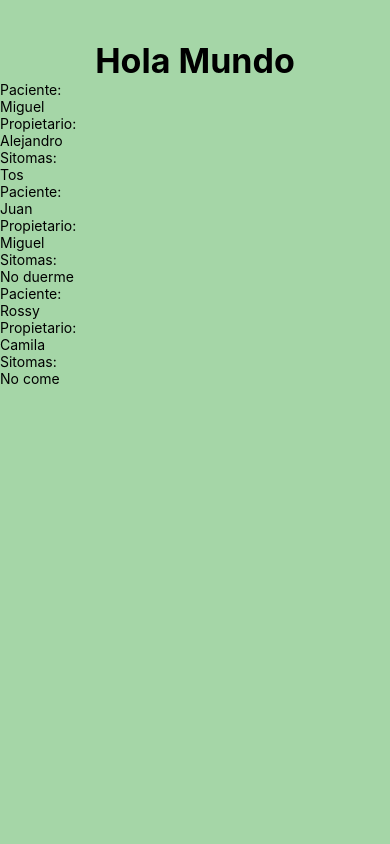
Repository: AleMicky/citas
Screen: /
The author's editor kept a copy of each file at every save. The screen is drawn from the files as they stood at one save, then again after the next save.
The app was drawn by React Native's web renderer in a window 390 px wide. The project was rebuilt for these pictures with package versions that can differ from the ones it lists, and the page was loaded fresh each time.

Above is the screen before, as saved 2020-06-27 00:22:29.

### App.js
import React from 'react'
import { View, Text, StyleSheet, FlatList } from 'react-native'
import Cita from './src/components/Cita';

export default function App() {

  const [citas, setCitas] = React.useState([
      { id:'1', paciente:'Miguel', propietario:'Alejandro', sitomas: 'Tos' },
      { id:'2', paciente:'Juan', propietario:'Miguel', sitomas: 'No duerme' },
      { id:'3', paciente:'Rossy', propietario:'Camila', sitomas: 'No come' }
  ]);

  return (
    <View style={styles.contenedor}>
        <Text style={styles.titulo}>Hola Mundo</Text>
        <FlatList data = {citas}
                  renderItem = {({item}) => (<Cita item = {item}/>)}
                  keyExtractor = {citas => citas.id}
          />
    </View>
  )
}

const styles = StyleSheet.create({
  contenedor:{
    flex:1,
    backgroundColor:'#a5d6a7'
  },
  titulo:{
    marginTop:40,
    fontSize: 34,
    fontWeight:'bold',
    textAlign:'center'
  }
})

### src/components/Cita.js
import React from 'react';
import { Text, StyleSheet, View } from 'react-native';

const Cita = ({ item }) => {

    const { paciente, propietario, sitomas } = item;
    return (
        <View>
            <View>
                <Text>Paciente: </Text>
                <Text>{paciente}</Text>
            </View>
            <View>
                <Text>Propietario: </Text>
                <Text>{propietario}</Text>
            </View>
            <View>
                <Text>Sitomas: </Text>
                <Text>{sitomas}</Text>
            </View>
        </View>
    );
}
const styles = StyleSheet.create({

})
export default Cita;

After the next save:
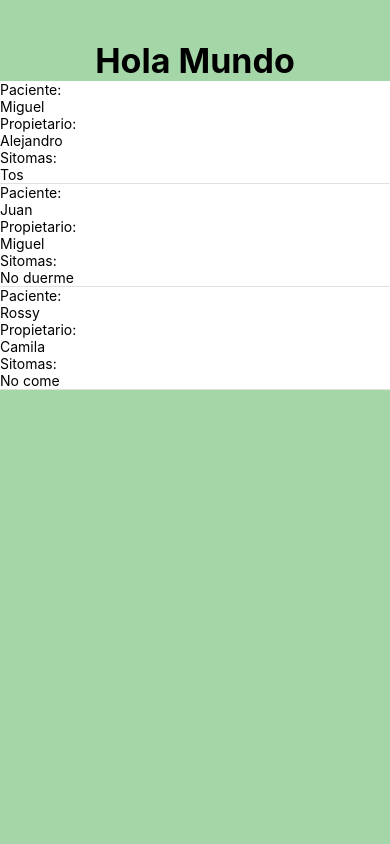
Saved 2 min 35 s later.
--- a/src/components/Cita.js
+++ b/src/components/Cita.js
@@ -5,7 +5,7 @@ const Cita = ({ item }) => {
 
     const { paciente, propietario, sitomas } = item;
     return (
-        <View>
+        <View style={styles.cita}>
             <View>
                 <Text>Paciente: </Text>
                 <Text>{paciente}</Text>
@@ -22,6 +22,11 @@ const Cita = ({ item }) => {
     );
 }
 const styles = StyleSheet.create({
-
+    cita:{
+        backgroundColor:'#fff',
+        borderBottomColor:"#e1e1e1",
+        borderStyle:'solid',
+        borderBottomWidth: 1
+    }
 })
 export default Cita;
